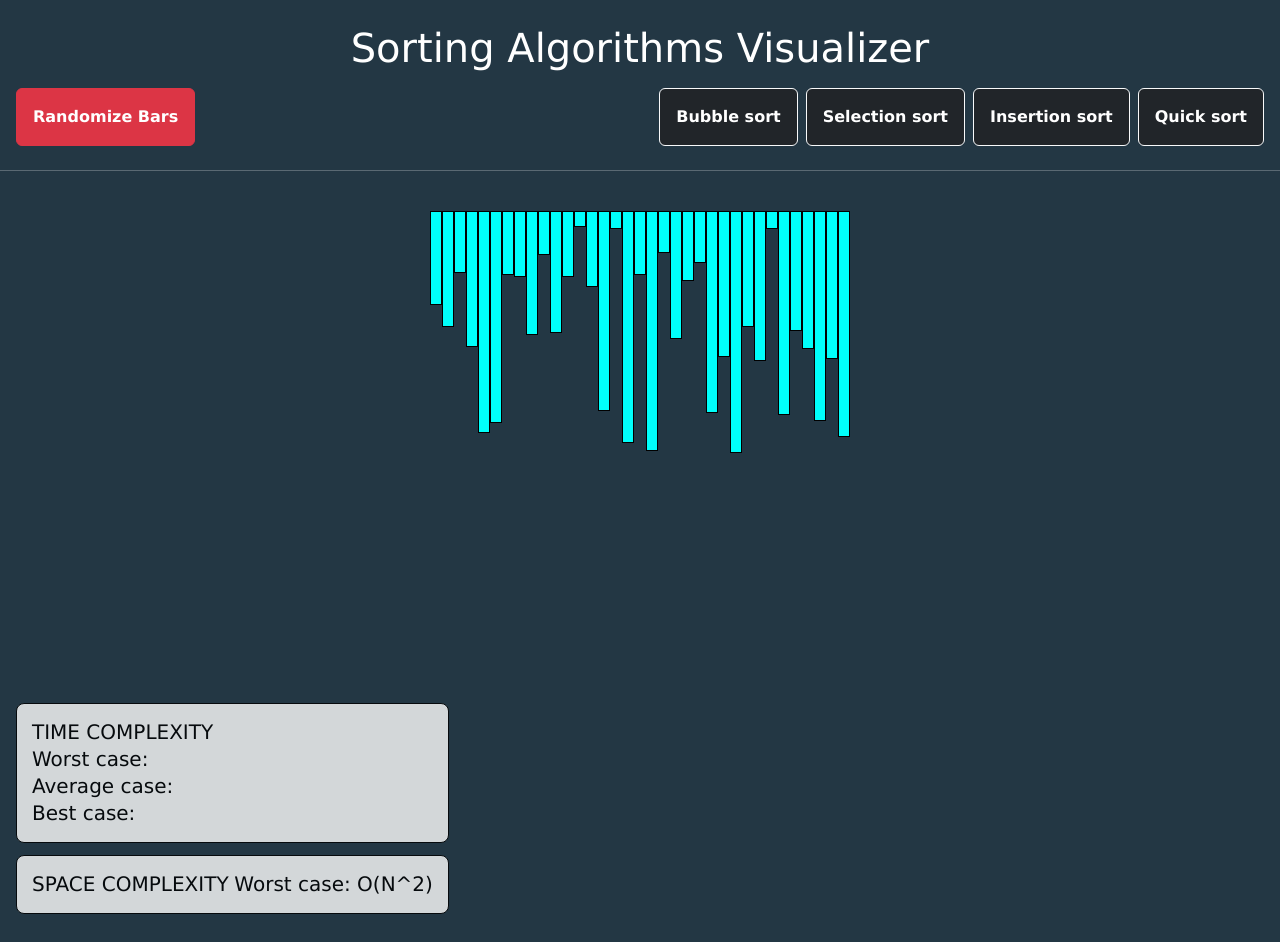
Repository: Vasil1001/Sorting-Algorithms-Visualizer-js
Page: views/index.html
The author's editor kept a copy of each file at every save. The page is drawn from the files as they stood at one save, then again after a run of saves.
The browser window is 1280 px wide. The pictures show the whole page.

Above is the page before, as saved 2022-11-04 01:25:56.

After the next 2 saves:
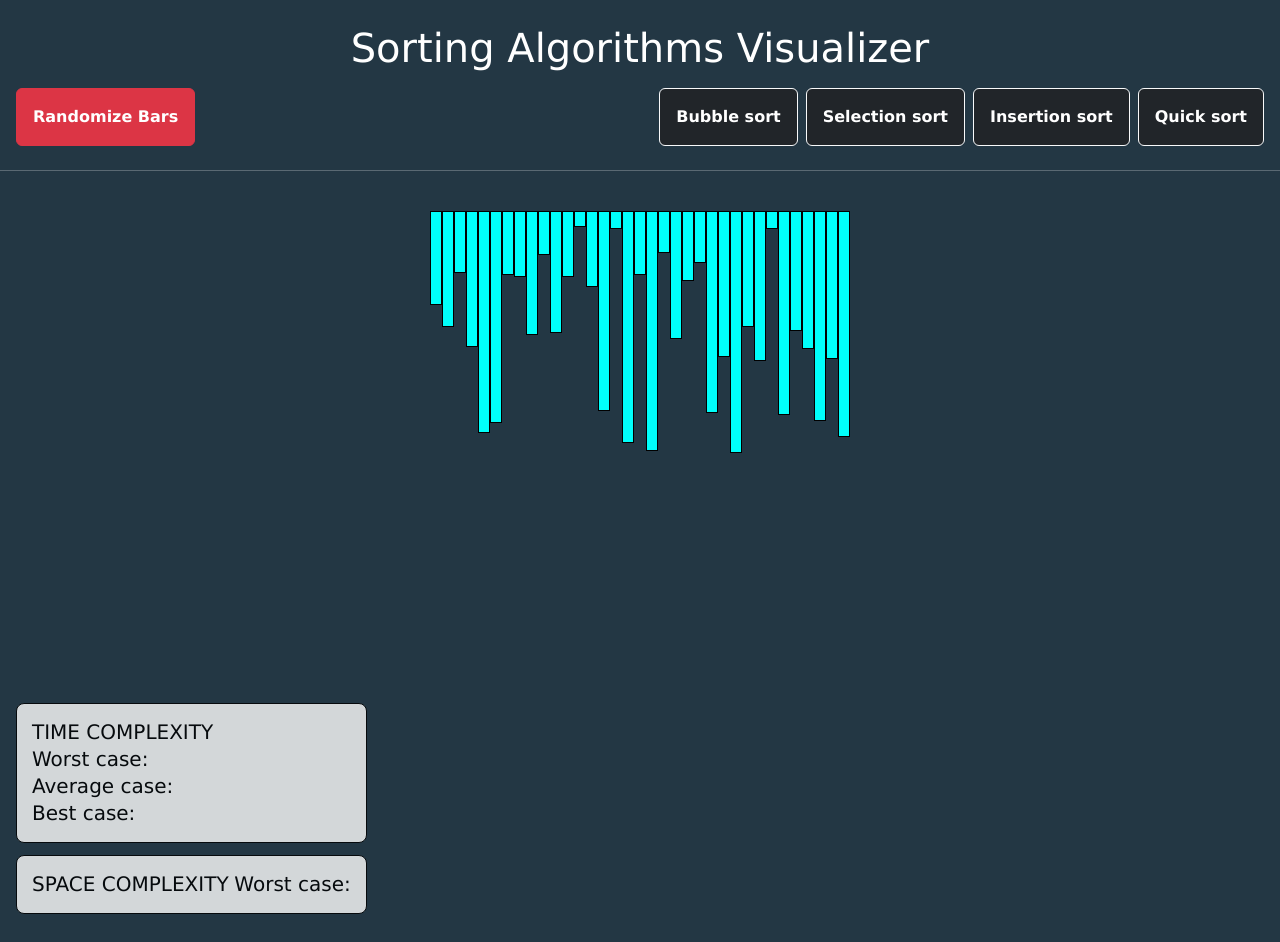
The 2 saves are shown as one change because they came seconds apart.
The last was saved 7 s later.
--- a/views/index.html
+++ b/views/index.html
@@ -74,7 +74,8 @@
       <div id="box2">
 
         <h5>SPACE COMPLEXITY</h5>
-        <h5>Worst case: O(N^2)</h5>
+        <h5>Worst case:</h5>
+        <p id="best_time"></p>
       </div>
     </div>
 
